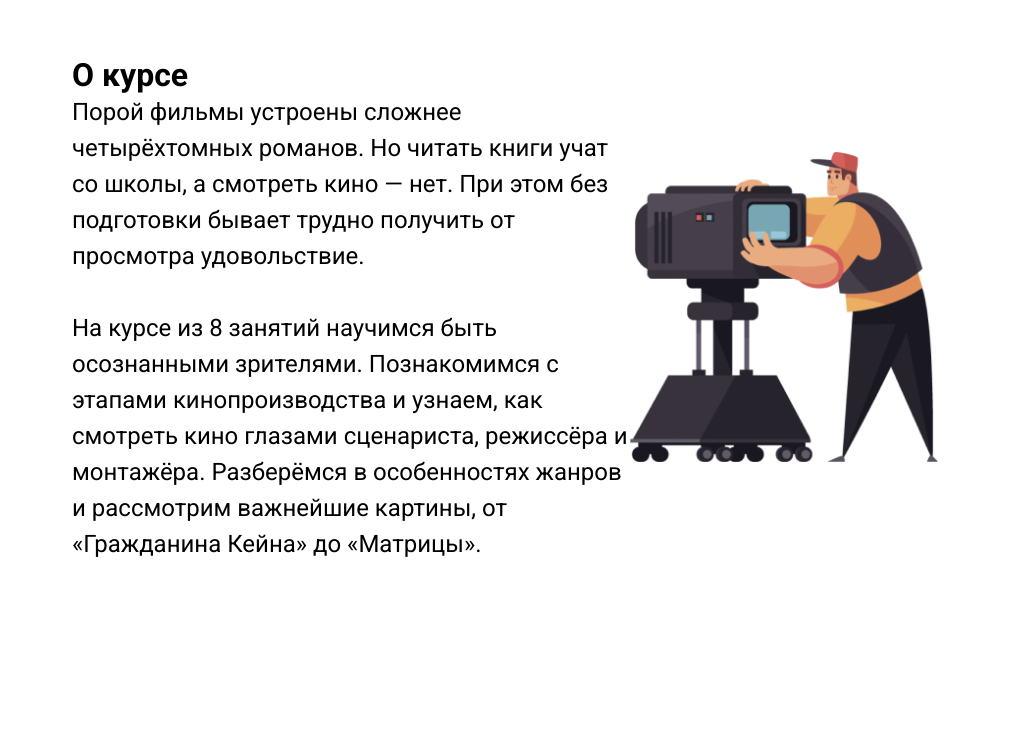
Repository: AytacSafarova/task-figma--1
Page: index.html
These files come from the project's save history. The page is drawn as it stood at one moment and after the next save; the edit follows.
The browser window is 1024 px wide. The pictures show the whole page.

Above is the page before, as saved 2023-04-29 20:22:16.

### index.html
<!DOCTYPE html>
<html lang="en">
<head>
  <meta charset="UTF-8" />
  <meta http-equiv="X-UA-Compatible" content="IE=edge" />
  <meta name="viewport" content="width=device-width, initial-scale=1.0" />
  <title>Document</title>
  <link rel="stylesheet" href="/index.css" />
</head>

<body>
  <div class="container">
    <div class="row up">
      <div class="col left">
        <h1>О курсе</h1>
          <p>
            Порой фильмы устроены сложнее четырёхтомных романов. Но читать
            книги учат со школы, а смотреть кино — нет. При этом без
            подготовки бывает трудно получить от просмотра удовольствие.
          </p>
          <br><br>
          <p>
            На курсе из 8 занятий научимся быть осознанными зрителями.
            Познакомимся с этапами кинопроизводства и узнаем, как смотреть
            кино глазами сценариста, режиссёра и монтажёра. Разберёмся в
            особенностях жанров и рассмотрим важнейшие картины, от
            «Гражданина Кейна» до «Матрицы».
          </p>
      </div>
      <div class="col right">
        <img src="/images/_1 1.png" alt="" />
      </div>
    </div>

    <!-- <div class="down">
      <div class="image">
        <img src="/images/photo 1.png" alt="" />
      </div>

      <ul class="list">
        <li>
          <h5>8 занятий</h5>
          <p>Для погружения в кинематограф</p>
        </li>

        <li>
          <h5>8 занятий</h5>
          <p>Для погружения в кинематограф</p>
        </li>

        <li>
          <h5>8 занятий</h5>
          <p>Для погружения в кинематограф</p>
        </li>
      </ul>
    </div> -->
  </div>
</body>

</html>

### index.css
@import url("https://fonts.googleapis.com/css2?family=Roboto+Slab:wght@700&family=Roboto:wght@400;500;700&display=swap");
* {
  margin: 0;
  padding: 0;
}
.container {
  padding: 91px 150px 173px 124px;
}

.row {
  display: flex;
  justify-content: space-between;
  align-items: center;
}

.left {
  width: 662px;
}
 .left h1 {
  font-size: 55px;
  font-family: "Roboto", sans-serif;
  font-weight: 700;
  margin-bottom: 0px;
}
.left p {
  font-family: "Roboto";
  font-style: normal;
  font-weight: 400;
  font-size: 24px;
  line-height: 150%;
}

.right {
  width: 366px;
}
.right img {
  width: 100%;
}

.down {
  display: flex;
  align-items: center;
  justify-content: space-between;
  margin-top: 94px;
}

.image {
  width: 232px;
}

.image img {
  width: 100%;
}

.list {
  display: flex;
  padding-right: 314px;
}

li {
  width: 150px;
  margin-left: 95px;
}

@media screen and (max-width: 1024px) {
  /* tablet media  */
  .container {
    padding: 56px 86px 180px 72px;
  }
.left h1{
    font-size: 32px;
    margin-bottom: ;
}

}
@media screen and (max-width: 768px) {
  /* mobile media  */
}

After the next save:
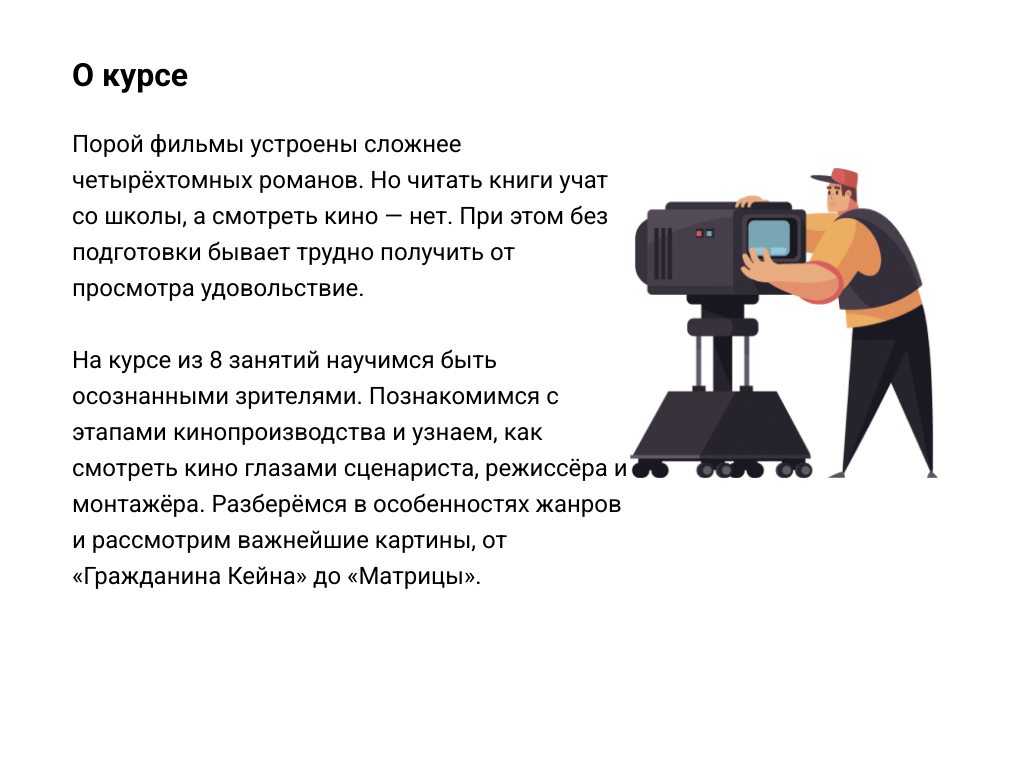
Saved 4 s later.
--- a/index.css
+++ b/index.css
@@ -69,7 +69,7 @@ li {
   }
 .left h1{
     font-size: 32px;
-    margin-bottom: ;
+    margin-bottom: 32px;
 }
 
 }
